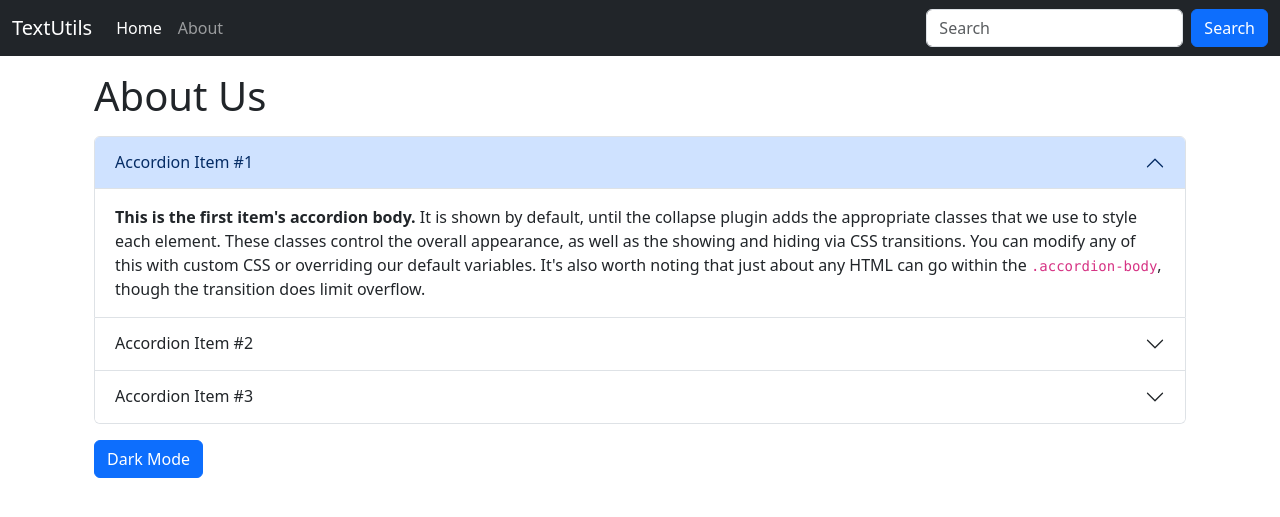
Repository: Rohit-foryou/Text-Utils
Page: /
These files come from the project's save history. The page is drawn as it stood at one moment and after the next save; the edit follows.
The browser window is 1280 px wide. The pictures show the whole page.
The project was rebuilt for these pictures with package versions that can differ from the ones it lists, and the page was loaded fresh each time. Also part of the build but not shown: src/index.css, src/App.css.

Above is the page before, as saved 2023-12-20 22:09:36.

After the next save:
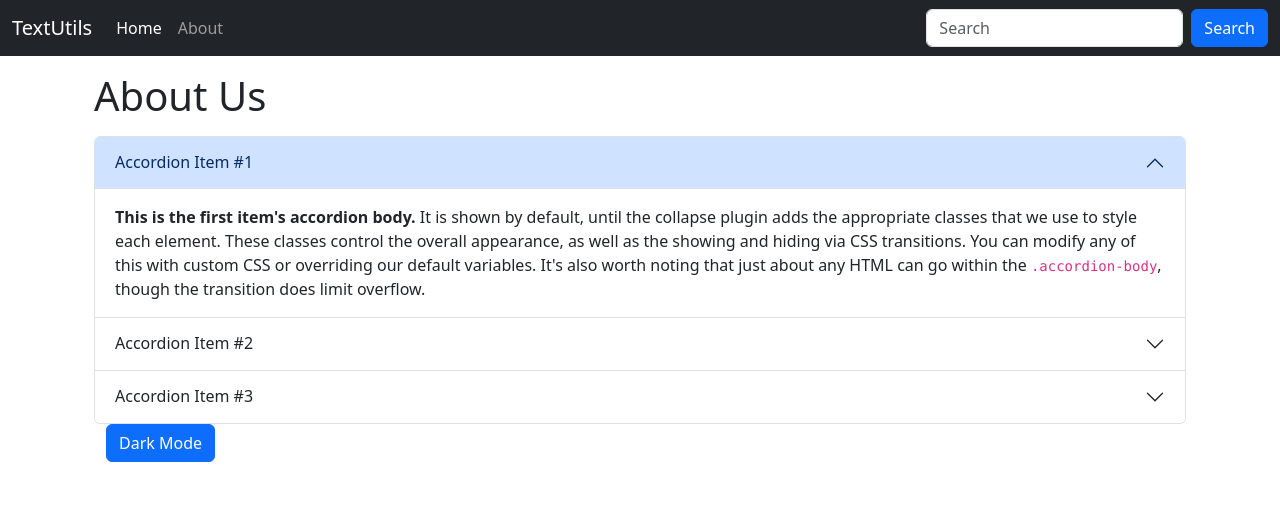
Saved 29 s later.
--- a/src/components/About.js
+++ b/src/components/About.js
@@ -42,7 +42,9 @@ export default function About() {
                 </div>
             </div>
         </div>
-        <button type="button" class="btn btn-primary my-3" >Dark Mode</button>
+        <div className="container">
+        <button type="button" class="btn btn-primary" >Dark Mode</button>
+        </div>
     </div>
   )
 }
